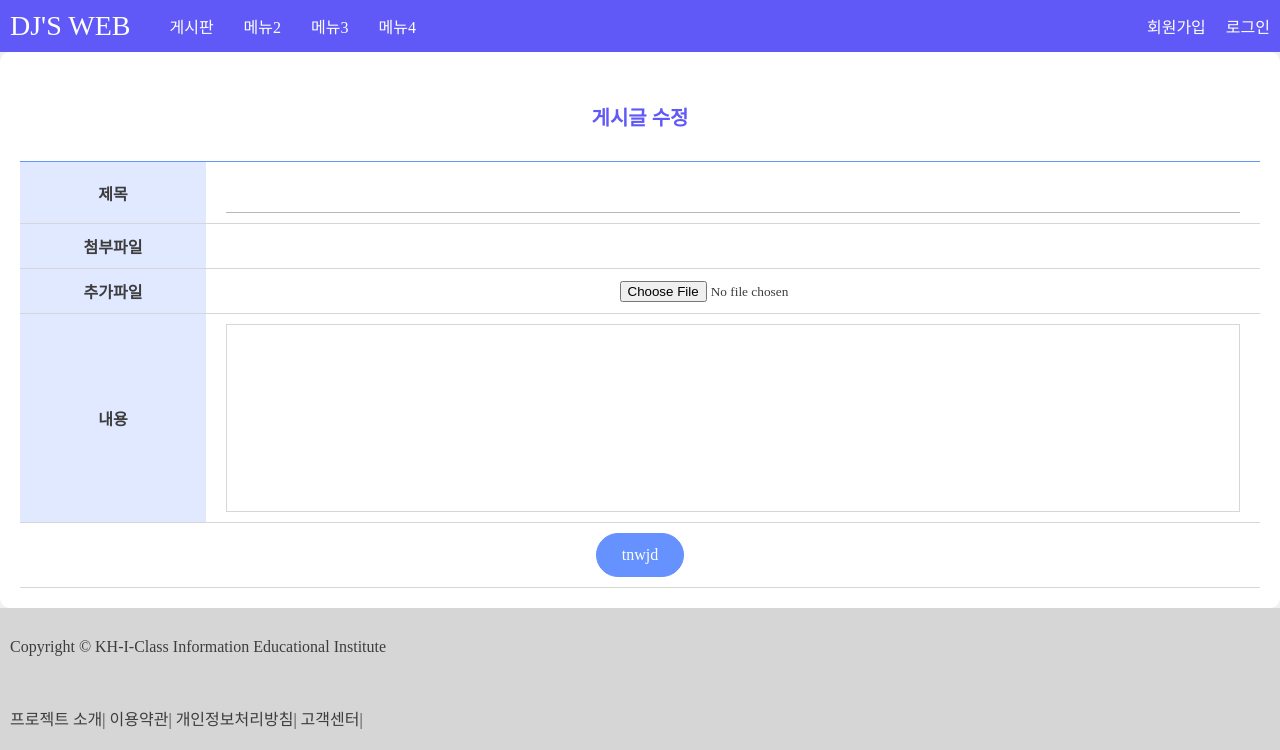
Repository: Godzilla-Man/codingStudy
Page: http://localhost/server_06_notice/notice/updateFrm
The author's editor kept a copy of each file at every save. The page is drawn from the files as they stood at one save, then again after the next save.
The browser window is 1280 px wide. The pictures show the whole page.
Some web fonts or font styles are not loaded; a fallback is used. The page is served by Tomcat 9. Other server files are loaded and not shown. Queries for data that is not in the repository find no rows.

Above is the page before, as saved 2025-05-12 03:11:02.

### server_06_notice/src/main/webapp/WEB-INF/views/notice/updateFrm.jsp
<%@ page language="java" contentType="text/html; charset=UTF-8"
    pageEncoding="UTF-8"%>
<%@ taglib uri="http://java.sun.com/jsp/jstl/core" prefix="c" %>
<!DOCTYPE html>
<html>
<head>
<meta charset="UTF-8">
<title>게시글 정보 수정</title>
</head>
<body>
	<div class="wrap">
		<jsp:include page="/WEB-INF/views/common/header.jsp"></jsp:include>
		<main>
			<section class="section notice-update-wrap">
				<div class="page-title">게시글 수정</div>
				<form action="/notice/update" method="post" enctype="multipart/form-data">
					<input type="hidden" name="noticeNo" value="${notice.noticeNo}">
					<table class="tbl">
						<tr>
							<th style="width:15%;">제목</th>
							<td>
								<div class="input-item">
									<input type="text" name="noticeTitle" value="${notice.noticeTitle}">
								</div>
							</td>
						</tr>
						<tr>
							<th>첨부파일</th>
							<td>
								<div class="left">
									<c:forEach var="file" items="${notice.fileList}">
										<div class="files">
											<span class="delFileName">${file.fileName}</span>
											<span class="material-icons delBtn">remove_circle</span>
										</div>
									</c:forEach>
								</div>
							</td>
						</tr>
						<tr>
							<th>추가파일</th>
							<td>
								<input type="file" name="addFile">
							</td>
						</tr>
						<tr>
							<th>내용</th>
							<td class="left">
								<div class="input-item">
									<textarea name="noticeContent">${notice.noticeContent}</textarea>
								</div>
							</td>
						</tr>
						<tr>
							<td colspan="2">
								<button class="btn-primary lg">tnwjd</button>
							</td>
					</table>
				</form>
			</section>
		</main>
		<jsp:include page="/WEB-INF/views/common/footer.jsp"></jsp:include>
	</div>
</body>
</html>

### server_06_notice/src/main/webapp/WEB-INF/views/common/header.jsp
<%@ page language="java" contentType="text/html; charset=UTF-8"
    pageEncoding="UTF-8"%>
<%@ taglib uri="http://java.sun.com/jsp/jstl/core" prefix="c" %>
<link rel="stylesheet" href="/resources/css/default.css">
<link href="https://fonts.googleapis.com/icon?family=Material+Icons" rel="stylesheet">
<script src="https://code.jquery.com/jquery-3.7.1.min.js"></script>
<script src="/resources/js/sweetalert.min.js"></script>

<header class="header">
	<div>
		<div class="logo">
			<a href="/">DJ'S WEB</a>
		</div>
		<nav class="nav">
			<ul>
				<li>
					<a href="/notice/getList?reqPage=1">게시판</a>
				</li>
				<li>
					<a href="#">메뉴2</a>
				</li>
				<li>
					<a href="#">메뉴3</a>
				</li>
				<li>
					<a href="#">메뉴4</a>
				</li>
			</ul>
		</nav>
		<ul class="user-menu">
			<%-- 세션에 로그인 회원 정보 등록 여부에 따라 다른 메뉴 출력 --%>
			<c:choose>
				<c:when test="${empty sessionScope.loginMember}">
					<li>
						<a href="/member/joinFrm">회원가입</a>
					</li>
					<li>
						<a href="/member/loginFrm">로그인</a>
					</li>
				</c:when>
				<c:otherwise>
					<li>
						<a href="/member/myPage">마이페이지</a>
					</li>
					<li>
						<a href="/member/logout">로그아웃</a>
					</li>
				</c:otherwise>
			</c:choose>
		</ul>
	</div>
</header>

### server_06_notice/src/main/webapp/WEB-INF/views/common/footer.jsp
<%@ page language="java" contentType="text/html; charset=UTF-8"
    pageEncoding="UTF-8"%>
<footer class="footer">
	<div>
		<p>Copyright &copy; KH-I-Class Information Educational Institute</p>
	</div>
	<div>
		<a href="#">프로젝트 소개</a><span>|</span>
		<a href="#">이용약관</a><span>|</span>
		<a href="#">개인정보처리방침</a><span>|</span>
		<a href="#">고객센터</a><span>|</span>
	</div>
</footer>

### server_06_notice/src/main/java/kr/or/iei/notice/controller/UpdateFrmServlet.java
package kr.or.iei.notice.controller;

import java.io.IOException;

import javax.servlet.RequestDispatcher;
import javax.servlet.ServletException;
import javax.servlet.annotation.WebServlet;
import javax.servlet.http.HttpServlet;
import javax.servlet.http.HttpServletRequest;
import javax.servlet.http.HttpServletResponse;

import kr.or.iei.notice.model.service.NoticeService;
import kr.or.iei.notice.model.vo.Notice;

/**
 * Servlet implementation class UpdateFrmServlet
 */
@WebServlet("/notice/updateFrm")
public class UpdateFrmServlet extends HttpServlet {
	private static final long serialVersionUID = 1L;

    /**
     * @see HttpServlet#HttpServlet()
     */
    public UpdateFrmServlet() {
        super();
        // TODO Auto-generated constructor stub
    }

	/**
	 * @see HttpServlet#doGet(HttpServletRequest request, HttpServletResponse response)
	 */
	protected void doGet(HttpServletRequest request, HttpServletResponse response) throws ServletException, IOException {
		//1. 인코딩
		//2. 값 추출 - 게시글 번호
		String noticeNo = request.getParameter("noticeNo");
		//3. 로직 - 게시글 1개 정보 조회
		NoticeService service = new NoticeService();
		Notice notice = service.selectOneNotice(noticeNo, true); //상세보기 이동 시, 정의했던 메소드 재사용

		//4. 결과 처리
		//4.1 이동 페이지 경로 지정
		RequestDispatcher view = request.getRequestDispatcher("/WEB-INF/views/notice/updateFrm.jsp");
		//4.2 화면 구현에 필요한 데이터 등록
		request.setAttribute("notice", notice);
		//4.3 페이지 이동
		view.forward(request, response);
	}

	/**
	 * @see HttpServlet#doPost(HttpServletRequest request, HttpServletResponse response)
	 */
	protected void doPost(HttpServletRequest request, HttpServletResponse response) throws ServletException, IOException {
		// TODO Auto-generated method stub
		doGet(request, response);
	}

}

### server_06_notice/src/main/java/kr/or/iei/notice/model/service/NoticeService.java
package kr.or.iei.notice.model.service;

import java.sql.Connection;
import java.util.ArrayList;

import kr.or.iei.common.JDBCTemplate;
import kr.or.iei.common.ListData;
import kr.or.iei.notice.model.dao.NoticeDao;
import kr.or.iei.notice.model.vo.Notice;
import kr.or.iei.notice.model.vo.NoticeFile;

public class NoticeService {

	private NoticeDao dao;

	public NoticeService() {
		dao = new NoticeDao();
	}

	public ListData<Notice> selectNoticeList(int reqPage) {
		Connection conn = JDBCTemplate.getConnection();

		//한 페이지에 보여줄 게시글의 갯수
		int viewNoticeCnt = 10;

		//시작 행번호(start)와 끝 행번호(end)를  요청 페이지 번호(reqPage)에 따라 연산

		/*
		 *  reqPage == 1, start ==1, end == 10
		 *  reqPage == 2, start ==11, end == 20
		 *  reqPage == 3, start ==21, end == 30
		 *  reqPage == 4, start ==31, end == 40
		 *  .
		 *  .
		 */
		int end = reqPage * viewNoticeCnt;
		int start = end - viewNoticeCnt + 1;


		ArrayList<Notice> list = dao.selectNoticeList(conn, start, end);

		//페이지네이션 작업 < 1 2 3 4 5 6 7 >

		//전체 게시글 갯수 조회(totCnt)
		int totCnt = dao.selectTotalCount(conn);

		//전체 페이지 갯수(totPage)
		/*
		 * totCnt == 23개 == 3개 페이지
		 * totCnt == 29개 == 3개 페이지
		 * totCnt == 60개 == 6개 페이지
		 * totCnt == 100개 == 10개 페이지
		 * totCnt == 101개 == 11개 페이지
		 *
		 * 전체 게시글 갯수를 한 페이지에 보여줄 게시글 갯수로 나누었을 때,
		 * 나머지가 존재한다면 나머지 게시글을 보여줄 페이지가 1개 더 필요.
		 */

		int totPage = 0;
		if(totCnt % viewNoticeCnt > 0) { //나머지 구하는 수식으로 페이지네이션 구성
			totPage = totCnt / viewNoticeCnt + 1;
		}else {
			totPage = totCnt / viewNoticeCnt;
		}

		//페이지네이션 사이즈 1 2 3 4 5
		int pageNaviSize = 5; //페이지 번호의 사이즈 -> 몇개를 보여줄 것인지

		/*
		 * ((3-1) / 5) * 5 + 1 -> 1페이지
		 * ((7-1) / 5) * 5 + 1 -> 6페이지
		 * ((14-1) / 5) * 5 + 1 -> 11페이지
		 */
		//페이지네이션의 시작 번호 (1,2,3,4,5 그룹이면 1이고, 6,7,8,9,10 그룹이면 6이고 11,12,13,14,15, 그룹이면 11)
		int pageNo = ((reqPage-1) / pageNaviSize) * pageNaviSize + 1;

		//페이지 하단에 보여줄 페이지네이션 HTML 코드 작성
		String pageNavi = "<ul class='pagination circle-style'>";

		//이전 버튼
		if(pageNo != 1) {
			pageNavi += "<li>";
			pageNavi += "<a class='page-item' href='/notice/getList?reqPage=" + (pageNo - 1) + "'>";
			pageNavi += "<span class='material-icons'>chevron_left</span>";
			pageNavi += "</a></li>";
		}

		for(int i=0; i<pageNaviSize; i++) {
			pageNavi += "<li>";

			//페이지 번호 작성 중, 사용자가 요청한 페이지 일 때 클래스를 다르게 지정하여 시각적인 효과
			if(pageNo == reqPage) {
				pageNavi += "<a class='page-item active-page' href='/notice/getList?reqPage=" + pageNo + "'>";
			}else {
				pageNavi += "<a class='page-item' href='/notice/getList?reqPage=" + pageNo + "'>";
			}

			pageNavi += pageNo; //시작태그와 종료 태그 사이에 작성되는 값
			pageNavi += "</a></li>";
			pageNo++;

			//설정한 pageNaviSize만큼 항상 그리지 않고, 마지막 페이지 그렸으면 더 이상 생성하지 않도록 처리
			//ex) 총 게시글 갯수가 130개면, 13개 페이지가 그려져야 함. 근데 pageNaviSize만큼 반복문 처리하면 11, 12, 13, 14, 15까지 모두 그려진다.. 13까지만 그리고 반복문 종료
			if(pageNo > totPage) {
				break;
			}
		}

		//다음 버튼
		if(pageNo <= totPage) {
			pageNavi += "<li>";
			pageNavi += "<a class='page-item' href='/notice/getList?reqPage=" + pageNo + "'>";
			pageNavi += "<span class='material-icons'>chevron_right</span>";
			pageNavi += "</a></li>";
		}

		pageNavi +="</ul>";

		/*
		 * 서블릿으로 리턴해야되는 값 => 게시글 리스트(list)와 페이지 하단에 보여줄 페이지네이션(pageNavi)
		 * 자바에서 메소드는 하나의 값만을 리턴할 수 있음. => 2개의 값을 저장할 수 있는 객체 ListData 생성
		 */

		ListData<Notice> listdata = new ListData<Notice>();
		listdata.setList(list);
		listdata.setPageNavi(pageNavi);

		JDBCTemplate.close(conn);
		return listdata;
	}

	public int insertNotice(Notice notice, ArrayList<NoticeFile> fileList) {
		Connection conn = JDBCTemplate.getConnection();

		/* 현재 기능은 등록 == insert임.
		 * 대상 테이블은 tbl_notice(게시판), tbl_notice_file(게시판의 파일)
		 * 	- 부모 테이블 : tbl_notice
		 *  - 자식 테이블 : tbl_notice_file
		 *
		 *  부모 테이블의 데이터가 존재해야, 자식 테이블에 INSERT가 가능함.
		 *  즉, tbl_notice에 insert가 먼저 수행되어야 함.
		 *
		 *  (1)게시글 번호 조회 select Query
		 *
		 *  (2)tbl_notice에 insert Query
		 *  insert into tbl_notice values(?, ?, ?, ?, sysdate, default);
		 *
		 *  (3)tbl_notice_file insert Query
		 *  insert into tbl_notice_file values(seq_notice_file.nextval, ?, 4, '0')
		 *
		 */

		//(1) 게시글 번호 조회. 아래 (2)와 (3)에서 동일한 게시글 번호를 공유해야 하므로 선 조회
		String noticeNo = dao.selectNoticeNo(conn);

		notice.setNoticeNo(noticeNo);

		//(2) tbl_notice에 insert(게시글 정보 선등록)
		int result = dao.insertNotice(conn, notice);

		if(result > 0) {
			for(NoticeFile file : fileList) {
				file.setNoticeNo(noticeNo); //(1)에서 조회한 게시글 번호

				//(3) tbl_notice_file에 insert(게시글에 대한 파일 등록)
				result = dao.insertNoticeFile(conn, file);

				//파일 정보 등록 중, 정상 수행되지 않았을 경우 모두 롤백처리하고, 메소드 종료
				if(result < 1) {
					JDBCTemplate.rollback(conn);
					JDBCTemplate.close(conn);
					return 0;
				}
			}
		}else {
			JDBCTemplate.rollback(conn);
		}

		JDBCTemplate.close(conn);

		return result;
	}

	public Notice selectOneNotice(String noticeNo, boolean updChk) {
		Connection conn = JDBCTemplate.getConnection();

		/*
		 * 게시글 상세 조회
		 * (1) 게시글 정보 조회 tbl_notice select
		 * (2) 게시글에 대한 파일 정보 조회
		 * (3) 게시글 조회수 업데이트
		 *
		 */

		//(1) 게시글 정보 조회
		Notice notice = dao.selectOneNotice(conn, noticeNo);

		if(notice != null) {
			//(3) 게시글 조회수 업데이트
			int result = 0;


			/*
			 * updChk == true : 상세보기 이동 시 호출 => 이때만 조회 수 업데이트
			 * updChk == false : 수정하기로 이동 시 호출
			 */
			if(updChk) {
				result = dao.updateReadCount(conn, noticeNo);
			}

			if(result > 0 || !updChk) {
				JDBCTemplate.commit(conn);

				ArrayList<NoticeFile> fileList = dao.selectNoticeFileList(conn, noticeNo);
				notice.setFileList(fileList);

			}else {
				JDBCTemplate.rollback(conn);
			}
		}

		return notice;
	}

	public ArrayList<NoticeFile> deleteNotice(String noticeNo) {
		Connection conn = JDBCTemplate.getConnection();
		/*
		 * 1. DB 게시글 정보 삭제
		 * 2. DB 게시글에 대한 파일 정보 삭제 -> 테이블 생성 시, 삭제 옵션이 CASCADE로 지정되어 (1) 수행 시, 자동으로 삭제된다.
		 * 3. 서버에 있는 파일 삭제를 위해, SELECT
		 *
		 * 1. 서버에 있는 파일 삭제를 위해, TBL_NOTICE_FILE에서 SELECT
		 * 2. DB 게시글 정보 삭제
		 *
		 */

		//1. 서버에 있는 파일 삭제를 위해, TBL_NOTICE_FILE에서 SELECT
		ArrayList<NoticeFile> delFileList =  dao.selectNoticeFileList(conn, noticeNo);

		//2. DB게시글 정보 삭제
		int result = dao.deleteNotice(conn,noticeNo);

		if(result > 0) {
			JDBCTemplate.commit(conn);
			return delFileList;
		}else {
			JDBCTemplate.rollback(conn);
			JDBCTemplate.close(conn);
			return null; //비정상 삭제 시, 서버에서 파일이 삭제되지 않도록 null 리턴
		}
	}
}

### server_06_notice/src/main/java/kr/or/iei/notice/model/dao/NoticeDao.java
package kr.or.iei.notice.model.dao;

import java.sql.Connection;
import java.sql.PreparedStatement;
import java.sql.ResultSet;
import java.sql.SQLException;
import java.util.ArrayList;

import kr.or.iei.common.JDBCTemplate;
import kr.or.iei.notice.model.vo.Notice;
import kr.or.iei.notice.model.vo.NoticeFile;

public class NoticeDao {

	public ArrayList<Notice> selectNoticeList(Connection conn, int start, int end) {
		PreparedStatement pstmt = null;
		ResultSet rset = null;

		ArrayList<Notice> list = new ArrayList<Notice>();

		//목록 페이지에서는 일부 정보만 표기하기 위해, 모든 컬럼 조회 X. 작성일 기준 내림차순(가장 최신글이 상단에 보이도록)
		String query = "SELECT NOTICE_NO, NOTICE_TITLE,(SELECT MEMBER_ID FROM TBL_MEMBER wHERE member_no = NOTICE_WRITER) AS NOTICE_WRITER,NOTICE_DATE,READ_COUNT FROM(SELECT ROWNUM RNUM, A.*FROM(SELECT *\r\n"
				+ "              FROM TBL_NOTICE A\r\n"
				+ "             ORDER BY NOTICE_DATE DESC\r\n"
				+ "           ) A\r\n"
				+ "     )\r\n"
				+ " WHERE RNUM >= ? AND RNUM <= ?";


		try {
			pstmt = conn.prepareStatement(query);

			pstmt.setInt(1,  start);
			pstmt.setInt(2, end);

			rset = pstmt.executeQuery();

			while(rset.next()) {
				Notice n = new Notice();
				n.setNoticeNo(rset.getString("notice_no")); //목록에서 클릭하면 상세보기로 이동하기 위해
				n.setNoticeTitle(rset.getString("notice_title"));
				n.setNoticeWriter(rset.getString("notice_writer"));
				n.setNoticeDate(rset.getString("notice_date"));
				n.setReadCount(rset.getInt("read_count"));

				list.add(n);
			}
		} catch (SQLException e) {
			// TODO Auto-generated catch block
			e.printStackTrace();
		} finally {
			JDBCTemplate.close(rset);
			JDBCTemplate.close(pstmt);
		}

		return list;
	}

	public int selectTotalCount(Connection conn) {
		PreparedStatement pstmt = null;
		ResultSet rset = null;

		int totCnt = 0;

		String query = "select count(*) as cnt from tbl_notice";

		try {
			pstmt = conn.prepareStatement(query);
			rset = pstmt.executeQuery();
			rset.next();
			totCnt = rset.getInt("cnt");

		} catch (SQLException e) {
			// TODO Auto-generated catch block
			e.printStackTrace();
		} finally {
			JDBCTemplate.close(rset);
			JDBCTemplate.close(pstmt);;
		}

		return totCnt;
	}

	public String selectNoticeNo(Connection conn) {
		PreparedStatement pstmt = null;
		ResultSet rset = null;

		String noticeNo = "";

		String query = "select to_char(sysdate, 'yymmdd') || lpad(seq_notice.nextval, 4, '0') notice_no from dual";

		try {
			pstmt = conn.prepareStatement(query);
			rset = pstmt.executeQuery();

			if(rset.next()) {
				noticeNo = rset.getString("notice_no");
			}

		} catch (SQLException e) {
			// TODO Auto-generated catch block
			e.printStackTrace();
		} finally {
			JDBCTemplate.close(rset);
			JDBCTemplate.close(pstmt);
		}
		return noticeNo;
	}

	public int insertNotice(Connection conn, Notice notice) {
		PreparedStatement pstmt = null;

		int result = 0;

		String query = "insert into tbl_notice values (?, ?, ?, ?, sysdate, default)";

		try {
			pstmt = conn.prepareStatement(query);

			pstmt.setString(1, notice.getNoticeNo());
			pstmt.setString(2, notice.getNoticeTitle());
			pstmt.setString(3, notice.getNoticeContent());
			pstmt.setString(4, notice.getNoticeWriter());

			result = pstmt.executeUpdate();
		} catch (SQLException e) {
			// TODO Auto-generated catch block
			e.printStackTrace();
		} finally {
			JDBCTemplate.close(pstmt);
		}

		return result;
	}

	public int insertNoticeFile(Connection conn, NoticeFile file) {
		PreparedStatement pstmt = null;

		int result = 0;

		String query = "insert into tbl_notice_file values(seq_notice_file.nextval, ?, ?, ?)";

		try {
			pstmt = conn.prepareStatement(query);

			pstmt.setString(1, file.getNoticeNo());
			pstmt.setString(2, file.getFileName());
			pstmt.setString(3, file.getFilePath());

			result = pstmt.executeUpdate();
		} catch (SQLException e) {
			// TODO Auto-generated catch block
			e.printStackTrace();
		} finally {
			JDBCTemplate.close(pstmt);
		}
		return result;
	}

	public Notice selectOneNotice(Connection conn, String noticeNo) {
		PreparedStatement pstmt = null;
		ResultSet rset = null;

		Notice notice = null;

		String query = "select notice_title, notice_content, notice_date, read_count, (select member_id from tbl_member where member_no = notice_writer) as notice_writer from tbl_notice where notice_no = ?";

		try {
			pstmt = conn.prepareStatement(query);
			pstmt.setString(1, noticeNo);
			rset = pstmt.executeQuery();

			if(rset.next()) {
				notice = new Notice();
				notice.setNoticeNo(noticeNo);
				notice.setNoticeTitle(rset.getString("notice_title"));
				notice.setNoticeContent(rset.getString("notice_content"));
				notice.setNoticeWriter(rset.getString("notice_writer"));
				notice.setNoticeDate(rset.getString("notice_date"));
				notice.setReadCount(rset.getInt("read_count"));
			}
		} catch (SQLException e) {
			// TODO Auto-generated catch block
			e.printStackTrace();
		} finally {
			JDBCTemplate.close(rset);
			JDBCTemplate.close(pstmt);
		}
		return notice;
	}

	public int updateReadCount(Connection conn, String noticeNo) {
		PreparedStatement pstmt = null;

		int result = 0;

		String query = "update tbl_notice set read_count = read_count + 1 where notice_no = ?";

		try {
			pstmt = conn.prepareStatement(query);
			pstmt.setString(1, noticeNo);
			result = pstmt.executeUpdate();
		} catch (SQLException e) {
			// TODO Auto-generated catch block
			e.printStackTrace();
		} finally {
			JDBCTemplate.close(pstmt);
		}

		return result;
	}

	public ArrayList<NoticeFile> selectNoticeFileList(Connection conn, String noticeNo) {
		PreparedStatement pstmt = null;
		ResultSet rset = null;

		ArrayList<NoticeFile> fileList = new ArrayList<NoticeFile>();

		String query = "select * from tbl_notice_file where notice_no = ?";

		try {
			pstmt = conn.prepareStatement(query);
			pstmt.setString(1, noticeNo);
			rset = pstmt.executeQuery();

			while(rset.next()) {
				NoticeFile file = new NoticeFile();
				file.setFileNo(rset.getInt("file_no"));
				file.setNoticeNo(noticeNo);
				file.setFileName(rset.getString("file_name"));
				file.setFilePath(rset.getString("file_path"));

				fileList.add(file);
			}
		} catch (SQLException e) {
			// TODO Auto-generated catch block
			e.printStackTrace();
		} finally {
			JDBCTemplate.close(rset);
			JDBCTemplate.close(pstmt);
		}

		return fileList;
	}

	public int deleteNotice(Connection conn, String noticeNo) {

		PreparedStatement pstmt = null;

		int result = 0;

		String query = "delete from tbl_notice where notice_no = ?";

		try {
			pstmt = conn.prepareStatement(query);
			pstmt.setString(1, noticeNo);
			result = pstmt.executeUpdate();
		} catch (SQLException e) {
			// TODO Auto-generated catch block
			e.printStackTrace();
		} finally {
			JDBCTemplate.close(pstmt);
		}
		return result;
	}
}

### server_06_notice/src/main/java/kr/or/iei/common/JDBCTemplate.java
package kr.or.iei.common;

import java.sql.Connection;
import java.sql.DriverManager;
import java.sql.PreparedStatement;
import java.sql.ResultSet;
import java.sql.SQLException;

public class JDBCTemplate {

	public static Connection getConnection() {
		Connection conn = null;

		try {
			Class.forName("oracle.jdbc.driver.OracleDriver");
			conn = DriverManager.getConnection("jdbc:oracle:thin:@127.0.0.1:1521:xe","server_notice","1234"); //DB계정 정보 입력
			conn.setAutoCommit(false); //자동 커밋 방지. 트랜잭션 관리는 서비스 계층에서 처리.
		} catch (ClassNotFoundException e) {
			// TODO Auto-generated catch block
			e.printStackTrace();
		} catch (SQLException e) {
			// TODO Auto-generated catch block
			e.printStackTrace();
		}
		return conn;
	}

	public static void close(Connection conn) {
			try {
				if(conn != null && !conn.isClosed()) {
				conn.close();
				}
			} catch (SQLException e) {
				// TODO Auto-generated catch block
				e.printStackTrace();

		}
	}
	public static void close(PreparedStatement pstmt) {
		try {
			if(pstmt != null && !pstmt.isClosed()) {
			pstmt.close();
			}
		} catch (SQLException e) {
			// TODO Auto-generated catch block
			e.printStackTrace();

		}
	}
	public static void close(ResultSet rset) {
		try {
			if(rset != null && !rset.isClosed()) {
			rset.close();
			}
		} catch (SQLException e) {
			// TODO Auto-generated catch block
			e.printStackTrace();

		}
	}
	public static void commit(Connection conn) {
		try {
			if(conn != null && !conn.isClosed()) {
			conn.commit();
			}
		} catch (SQLException e) {
			// TODO Auto-generated catch block
			e.printStackTrace();
		}
	}
	public static void rollback(Connection conn) {
		try {
			if(conn != null && !conn.isClosed()) {
			conn.rollback();
			}
		} catch (SQLException e) {
			// TODO Auto-generated catch block
			e.printStackTrace();
		}
	}
}

Loaded but not shown: server_06_notice/src/main/webapp/resources/js/sweetalert.min.js (library); server_06_notice/src/main/webapp/resources/css/default.css (533 lines, source omitted)

After the next save:
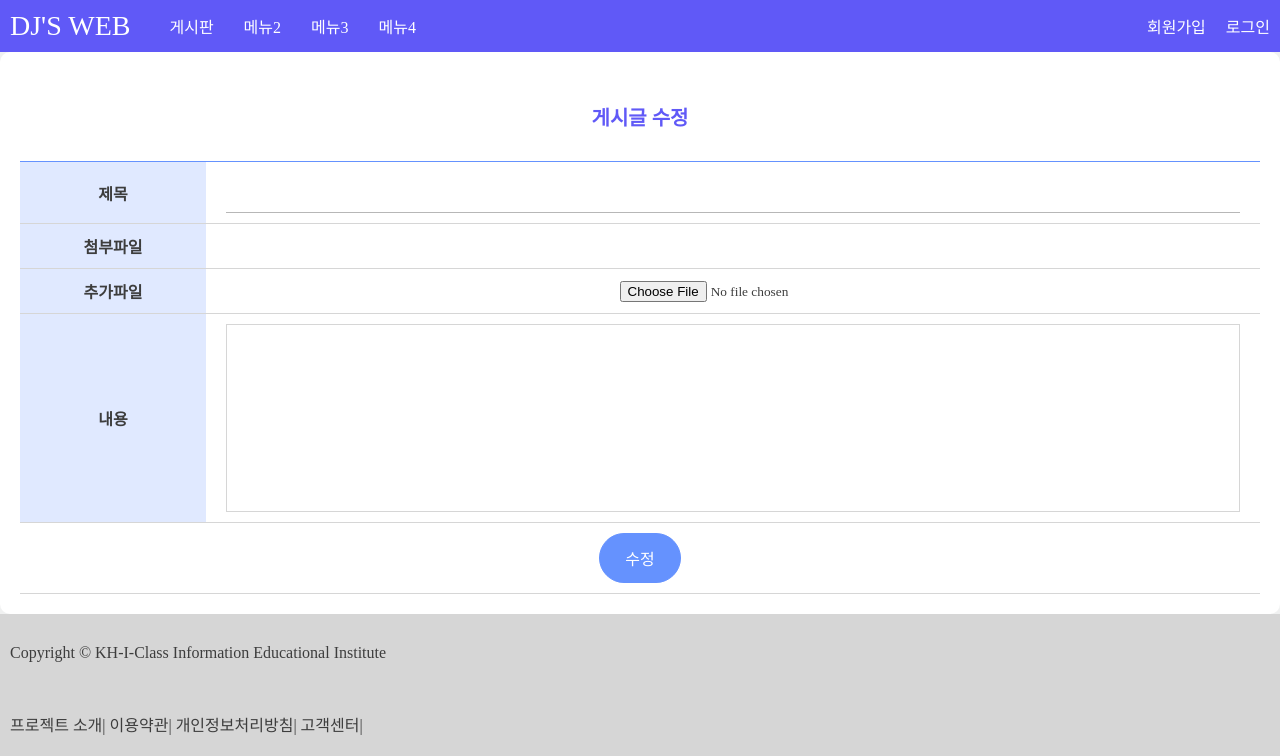
Saved 4 s later.
--- a/server_06_notice/src/main/webapp/WEB-INF/views/notice/updateFrm.jsp
+++ b/server_06_notice/src/main/webapp/WEB-INF/views/notice/updateFrm.jsp
@@ -53,7 +53,7 @@
 						</tr>
 						<tr>
 							<td colspan="2">
-								<button class="btn-primary lg">tnwjd</button>
+								<button class="btn-primary lg">수정</button>
 							</td>
 					</table>
 				</form>
